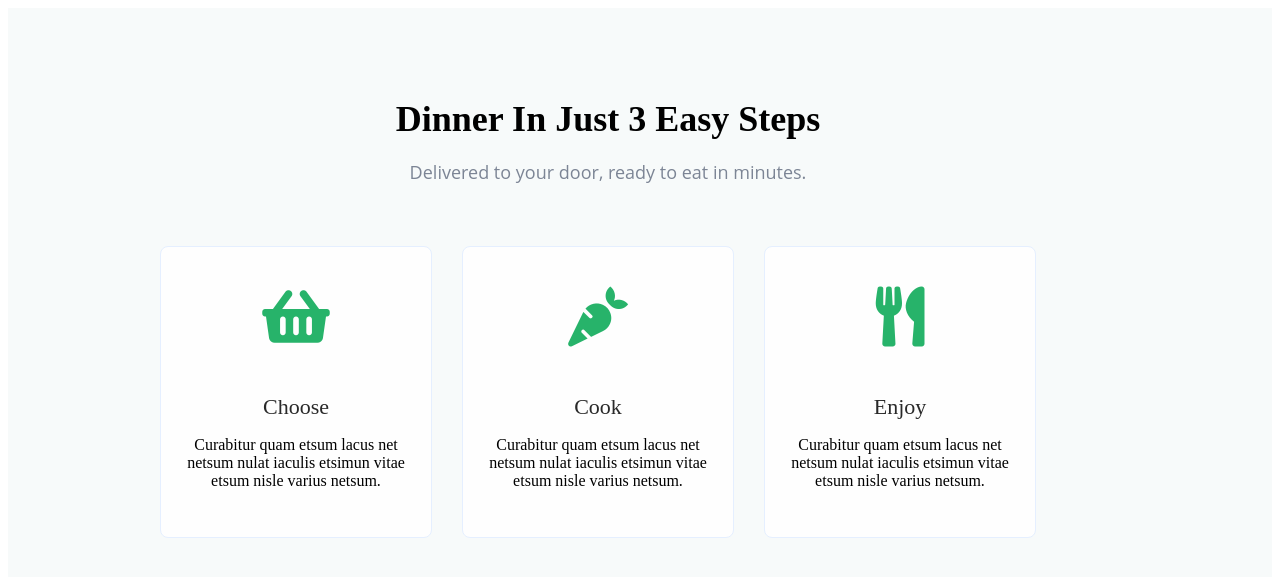
Repository: ST-United-Internship/leadpage
Page: card-UI.html
The author's editor kept a copy of each file at every save. The page is drawn from the files as they stood at one save, then again after a run of saves.
The browser window is 1280 px wide. The pictures show the whole page.

Above is the page before, as saved 2023-03-15 15:26:18.

### card-UI.html
<!DOCTYPE html>
<html lang="en">
<head>
    <meta charset="UTF-8">
    <meta http-equiv="X-UA-Compatible" content="IE=edge">
    <meta name="viewport" content="width=device-width, initial-scale=1.0">
    <title>Document</title>
    <link rel="stylesheet" href="css/card-UI.css">
    <link rel="stylesheet" href="css/common.css">
    <link rel="stylesheet" href="https://use.fontawesome.com/releases/v5.15.4/css/all.css" integrity="sha384-DyZ88mC6Up2uqS4h/KRgHuoeGwBcD4Ng9SiP4dIRy0EXTlnuz47vAwmeGwVChigm" crossorigin="anonymous"/>
</head>
<body>
        <section>
            <!--begin title-->
            <div class="about">
                <div class="row-title">
                    <div class="title-text">
                        <h2>Dinner In Just 3 Easy Steps</h2>
                        <p>Delivered to your door, ready to eat in minutes.</p>
                    </div>
                </div>
            </div>
            <!--begin card-->
            <div class="card-UI">
                <div class="about">
                    <div class="columm">
                        <div class="title-card">
                            <i class="fas fa-shopping-basket"></i>
                            <h3>Choose</h3>
                            <p>Curabitur quam etsum lacus net netsum nulat iaculis etsimun vitae etsum nisle varius netsum.</p>
                        </div>
                        <div class="title-card">
                            <i class="fas fa-carrot"></i>
                            <h3>Cook</h3>
                            <p>Curabitur quam etsum lacus net netsum nulat iaculis etsimun vitae etsum nisle varius netsum.</p>
                        </div>
                        <div class="title-card">
                            <i class="fas fa-utensils"></i>
                            <h3>Enjoy</h3>
                            <p>Curabitur quam etsum lacus net netsum nulat iaculis etsimun vitae etsum nisle varius netsum.</p>
                        </div>
                    </div>
                </div>
            </div>
        </section>
</body>
</html>

### css/card-UI.css
section{
    background: #f7fafa;
    padding: 90px 0 100px 0;
}

.about{
    background-color: #f7fafa;
}

.row-title{
    /* text-align: center; */
}
 .title-text{
    text-align: center;
    /* margin-right: -15px;
    margin-left: -15px; */
}

.about .row-title .title-text h2{
    font-size: 36px;
    margin-bottom: 10px;
    margin-top: 0px;
}

.about .row-title .title-text p{
    font-size: 18px;
    line-height: 28px;
    font-weight: 400;
    color: #7c8595;
    margin-bottom: 15px;
    font-family: 'Open Sans', sans-serif;
}

.card-UI{
    position: relative;
}

.card-UI .about .columm{
    display: flex;
    justify-content: center;
}

.title-card{
    position: relative;
    margin: 45px 25px 5px 5px;
    padding: 40px 15px 32px 15px;
    overflow: hidden;
    text-align: center;
    border: 1px solid #e5efff;
    background-color: #fefefe;
    border-radius: 8px 8px;
    transition: all 1s;
    width: 20%;
    height: 50%;

}

.title-card:hover{
    border: 1px solid #27b36a;
    transform: scale(1.05, 1.05);
}

.columm::after, ::before{
    box-sizing: border-box;
}

.card-UI .about .columm .title-card i{
    margin-bottom: 25px;
    font-size: 60px;
    color: #27b36a;
}

.card-UI .about .columm .title-card h3{
    font-size: 22px;
    font-weight: 500;
    color: #292929;
    margin-bottom: 15px;
}

.card-UI .about .columm .title-card p{
    padding: 0 10px;
    margin-bottom: 15px
}


/* @media only screen and (max-width:1000px) {
    .title-card{
    max-width: 33.333333%;
    }
} */


@media only screen and (min-width:1200px) {
    .about{
    max-width: 1200px;
    }
}

### css/common.css
.container {
  max-width: 80%;
  margin: auto;
  border: 1px solid blue;
}
.card {
  width: 400px;
}
.space-vertical {
  padding: 20px 0;
}

.space-horizontal {
  padding: 0 20px;
}

*,
**,
*::before,
*::after {
  box-sizing: border-box;
}

After the next 2 saves:
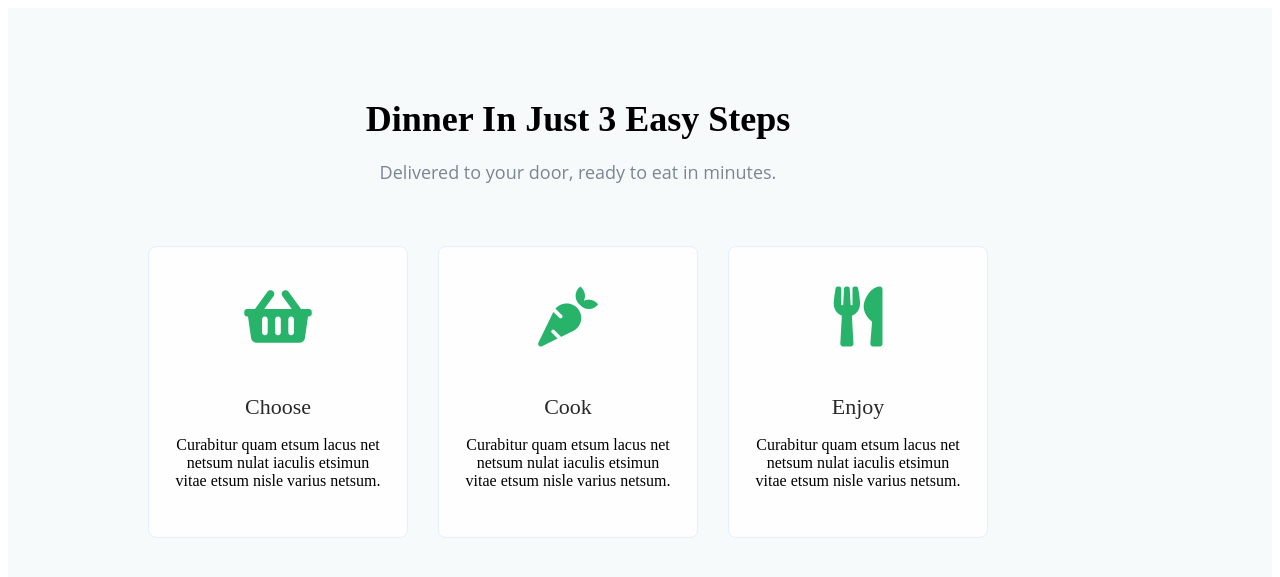
The 2 saves are shown as one change because they came seconds apart.
The last was saved 4 s later.
--- a/css/card-UI.css
+++ b/css/card-UI.css
@@ -92,6 +92,6 @@ section{
 
 @media only screen and (min-width:1200px) {
     .about{
-    max-width: 1200px;
+    max-width: 1140px;
     }
 }
